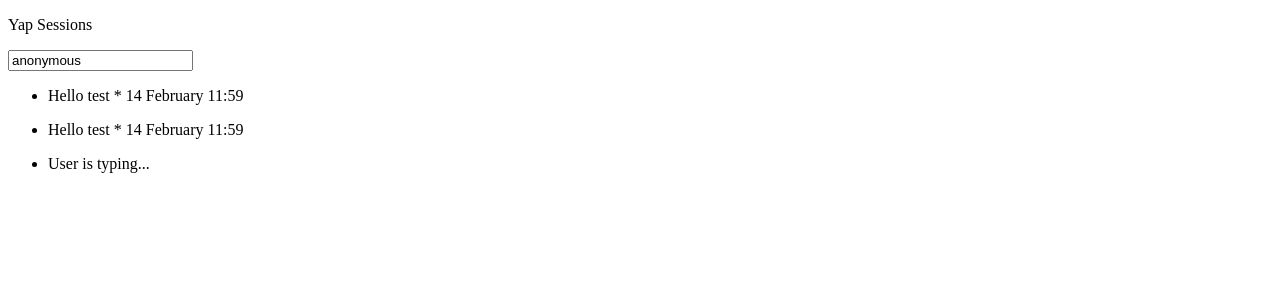
Repository: Renzo-Salosagcol/Web-Socket-Communication
Page: public/index.html
These files come from the project's save history. The page is drawn as it stood at one moment and after the next save; the edit follows.
The browser window is 1280 px wide. The pictures show the whole page.

Above is the page before, as saved 2025-02-12 13:02:39.

After the next save:
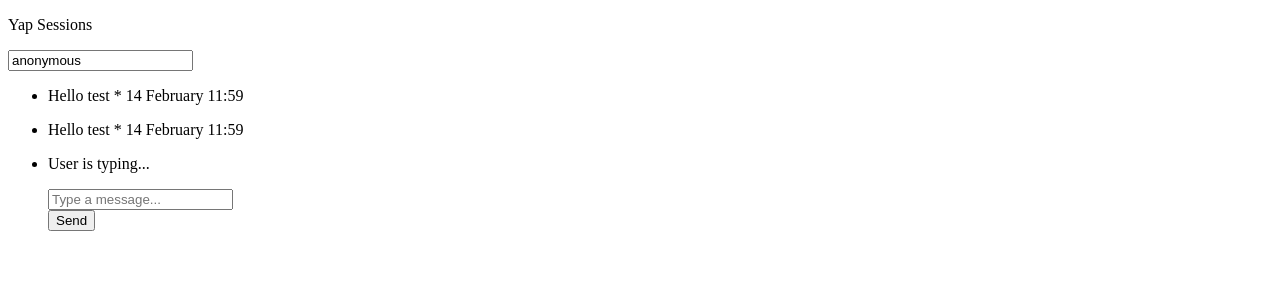
Saved 3 min 42 s later.
--- a/public/index.html
+++ b/public/index.html
@@ -3,6 +3,9 @@
 <head>
   <meta charset="UTF-8">
   <meta name="viewport" content="width=device-width, initial-scale=1.0">
+
+  <link rel="stylesheet" href="https://cdnjs.cloudflare.com/ajax/libs/font-awesome/5.15.3/css/all.min.css">
+
   <title>Web Socket Chat App</title>
 </head>
 <body>
@@ -31,6 +34,14 @@
           User is typing...
         </p>
       </li>
+
+      <form class="message-form" id="message-form">
+        <input type="text" name="message" id="message-input" class="message-input" placeholder="Type a message..." required>
+        <div class="v-divider"></div>
+        <button type="submit" class="send-button">
+          Send
+        </button>
+      </form>
     </ul>
   </div>
 </body>
